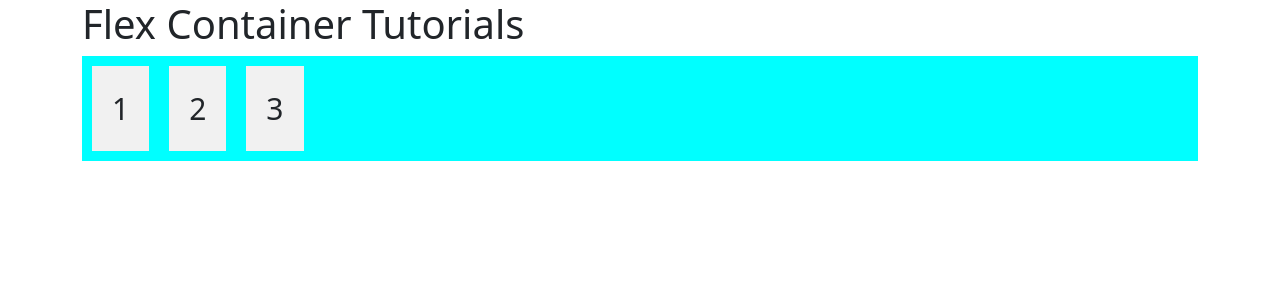
Repository: tandoan-teaching/teaching
Page: ltt/web/exercises/flexbox/flex-container.html
These files come from the project's save history. The page is drawn as it stood at one moment and after the next save; the edit follows.
The browser window is 1280 px wide. The pictures show the whole page.

Above is the page before, as saved 2024-03-24 16:10:00.

After the next save:
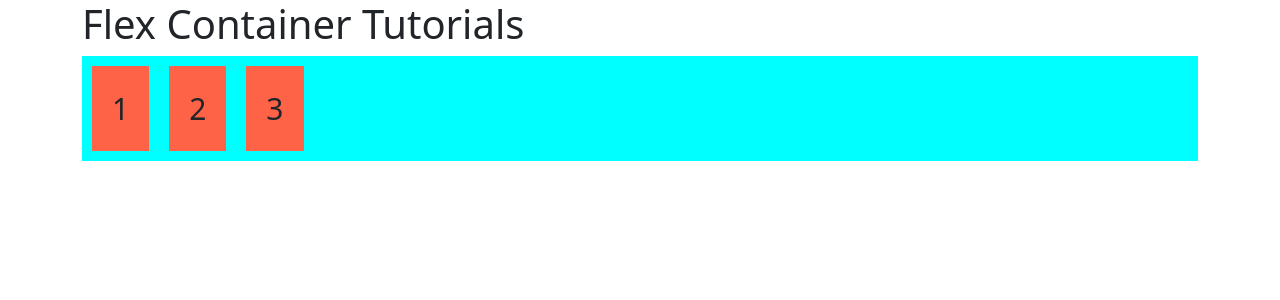
Saved 11 s later.
--- a/ltt/web/exercises/flexbox/flex-container.html
+++ b/ltt/web/exercises/flexbox/flex-container.html
@@ -17,7 +17,7 @@
           }
 
           .flex-container > div {
-            background-color: #f1f1f1;
+            background-color: tomato;
             margin: 10px;
             padding: 20px;
             font-size: 30px;
